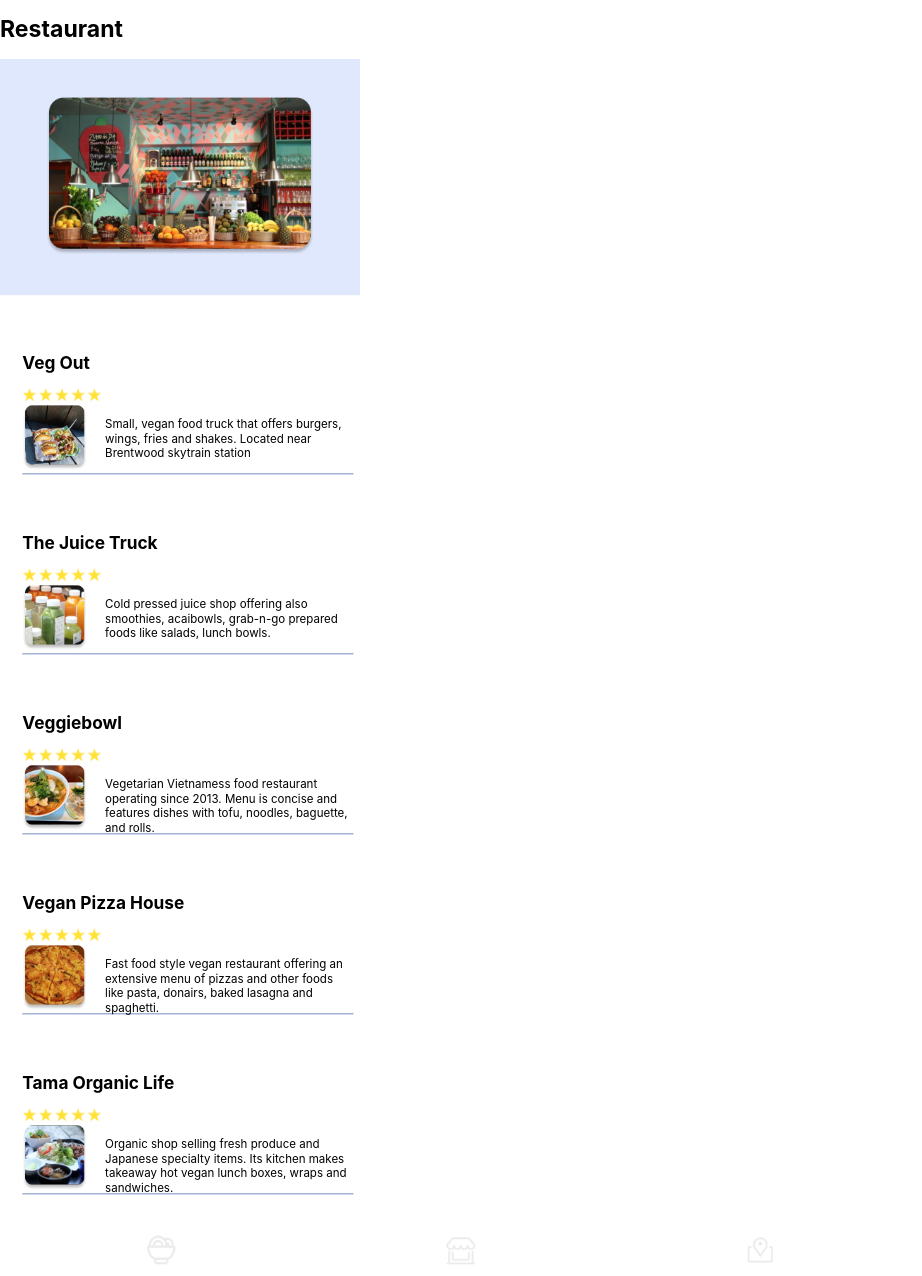
Repository: Kinakopan/design_mindfulEating_site
Page: /restaurant (app in firstapp/)
The author's editor kept a copy of each file at every save. The page is drawn from the files as they stood at one save, then again after the next save.
The browser window is 1280 px wide. The page is 1280 px wide, then 1281 px, so the pictures cover 1281 px, including what lies to the right of the window. The pictures show the whole page, at 72% of full size.
The project was rebuilt for these pictures with package versions that can differ from the ones it lists, and the page was loaded fresh each time. The framework's server and built-in components were replaced by stand-ins that run in the browser. Also part of the build but not shown: firstapp/next.config.js.

Above is the page before, as saved 2022-04-21 16:06:27.

After the next save:
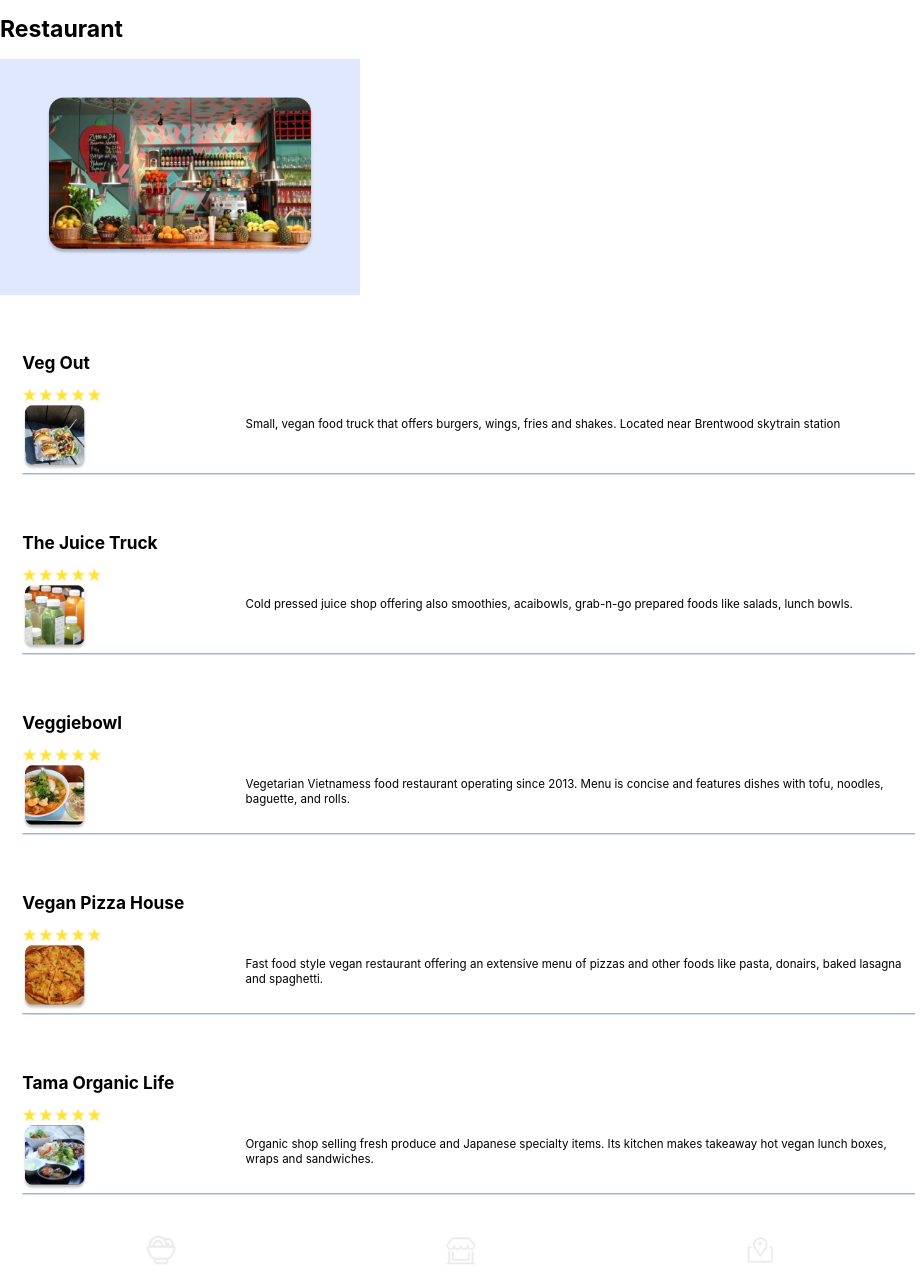
Saved 44 s later.
--- a/firstapp/comps/RestaurantCard.js
+++ b/firstapp/comps/RestaurantCard.js
@@ -4,7 +4,7 @@ import styled from 'styled-components';
 
 const ReCont = styled.div`
 background-color:white;
-width:500px;
+width:100%;
 position:relative;
 height: 250px;
 top:50px;
